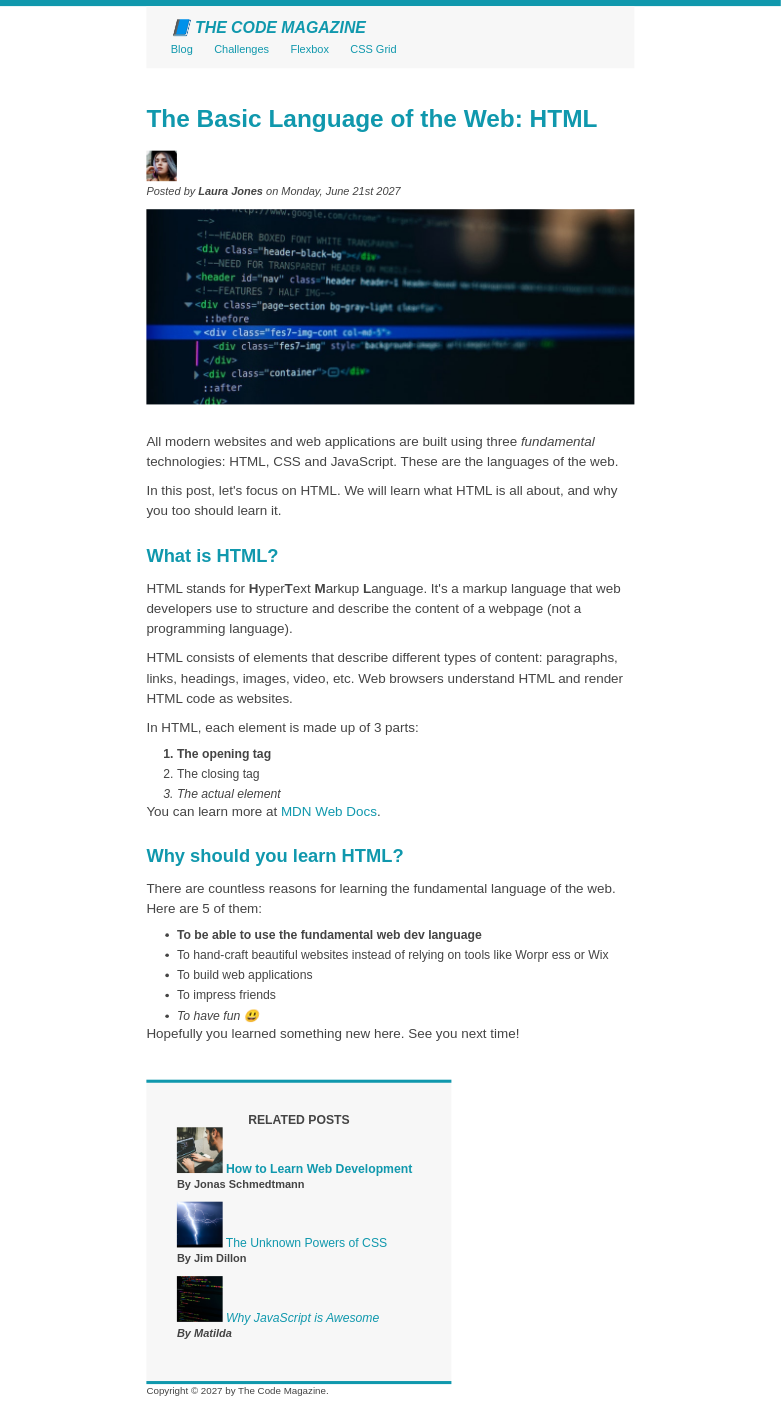
Repository: sunny070/CSS
Page: #1/index.html
These files come from the project's save history. The page is drawn as it stood at one moment and after the next save; the edit follows.
The browser window is 1280 px wide. The pictures show the whole page, at 61% of full size.

Above is the page before, as saved 2023-11-06 10:54:08.

### #1/index.html
<!DOCTYPE html>
<html lang="en">
  <head>
    <meta charset="UTF-8" />
    <title>The Basic Language of the Web: HTML</title>
    <link rel="stylesheet" href="style.css">
  </head>

  <body>
    <!--
    <h1>The Basic Language of the Web: HTML</h1>
    <h2>The Basic Language of the Web: HTML</h2>
    <h3>The Basic Language of the Web: HTML</h3>
    <h4>The Basic Language of the Web: HTML</h4>
    <h5>The Basic Language of the Web: HTML</h5>
    <h6>The Basic Language of the Web: HTML</h6>
    -->
<div class="container">
    <header class="main-header">
      <h1>📘 The Code Magazine</h1>

      <nav>
        <a href="blog.html">Blog</a>
        <a href="#">Challenges</a>
        <a href="#">Flexbox</a>
        <a href="#">CSS Grid</a>
      </nav>
    </header>

    <article>
      <!-- <p>Test</p> -->
      <header class="post-header">
        <h2>The Basic Language of the Web: HTML</h2>

        <img
          src="img/laura-jones.jpg"
          alt="Headshot of Laura Jones"
          height="50"
          width="50"

        />

        <p id="author">Posted by <strong>Laura Jones</strong> on Monday, June 21st 2027</p>

        <img
          src="img/post-img.jpg"
          alt="HTML code on a screen"
          width="500"
          height="200"
          class="post-img"
        />
      </header>

      <p>
        All modern websites and web applications are built using three
        <em>fundamental</em>
        technologies: HTML, CSS and JavaScript. These are the languages of the
        web.
      </p>

      <p>
        In this post, let's focus on HTML. We will learn what HTML is all about,
        and why you too should learn it.
      </p>

      <h3>What is HTML?</h3>
      <p>
        HTML stands for <strong>H</strong>yper<strong>T</strong>ext
        <strong>M</strong>arkup <strong>L</strong>anguage. It's a markup
        language that web developers use to structure and describe the content
        of a webpage (not a programming language).
      </p>
      <p>
        HTML consists of elements that describe different types of content:
        paragraphs, links, headings, images, video, etc. Web browsers understand
        HTML and render HTML code as websites.
      </p>
      <p>In HTML, each element is made up of 3 parts:</p>

      <ol>
        <li class="first-li">The opening tag</li>
        <li>The closing tag</li>
        <li>The actual element</li>
      </ol>

      <p>
        You can learn more at
        <a
          href="https://developer.mozilla.org/en-US/docs/Web/HTML"
          target="_blank"
          >MDN Web Docs</a
        >.
      </p>

      <h3>Why should you learn HTML?</h3>

      <p>
        There are countless reasons for learning the fundamental language of the
        web. Here are 5 of them:
      </p>

      <ul>
        <li class="first-li">To be able to use the fundamental web dev language</li>
        <li>
          To hand-craft beautiful websites instead of relying on tools like
          Worpr ess or Wix
        </li>
        <li>To build web applications</li>
        <li>To impress friends</li>
        <li>To have fun 😃</li>
      </ul>

      <p>Hopefully you learned something new here. See you next time!</p>
    </article>

    <aside>
      <h4>Related posts</h4>

      <ul class="related">
        <li>
          <img
            src="img/related-1.jpg"
            alt="Person programming"
            width="75"
            width="75"
          />
          <a href="#">How to Learn Web Development</a>
          <p class="related-author">By Jonas Schmedtmann</p>
        </li>
        <li>
          <img src="img/related-2.jpg" alt="Lightning" width="75" heigth="75" />
          <a href="#">The Unknown Powers of CSS</a>
          <p class="related-author">By Jim Dillon</p>
        </li>
        <li>
          <img
            src="img/related-3.jpg"
            alt="JavaScript code on a screen"
            width="75"
            height="75"
          />
          <a href="#">Why JavaScript is Awesome</a>
          <p class="related-author">By Matilda</p>
        </li>
      </ul>
    </aside>

    <footer> <p id="copyright" class="copyright text">Copyright &copy; 2027 by The Code Magazine.</p> </footer>
  </div>
  </body>
</html>

### #1/style.css
*{
    margin:0;
    padding:0;
    box-sizing: border-box;

}
/* PAGE SECTION */
body{
    /* color:red; */
    color:#444;
    font-family: sans-serif;
    border-top:10px solid #1098ad;

}
.container{
    width: 800px;
    /* margin-left: auto;
    margin-right: auto; */
    margin:0 auto;
}
.main-header{
    background-color:#f7f7f7 ;
    /* padding: 20px;
    padding-left: 40px;
    padding-right:40px; */
    padding:20px 40px;
    margin-bottom:60px;
    /* height:80px; */
}
nav {
    font-size: 18px;
    }

article{
    margin-bottom:60px;
}



.post-header{
    margin-bottom:40px;
}
aside{
    background-color:#f7f7f7;
    border-top: 5px solid #1098ad;
    border-bottom: 5px solid #1098ad;
    /* padding-top:50px;
    padding-bottom:50px; */
    padding: 50px 0;
    width:500px;

}
/* SMALLER ELEMENTS */
h1,h2,h3{
    color:#1098ad;
}

h1{

    font-size: 26px;

    text-transform: uppercase;
    font-style: italic;

}
h2{
    font-size: 40px;
    margin-bottom:30px;


}
h3{
    font-size: 30px;
    margin-bottom:20px;
    margin-top:40px;

}
h4{
    font-size:20px;
    font-family:sans-serif;
    text-transform: uppercase;
    text-align: center;
}
p{
    font-size: 22px;
    /* display:inline ; */
    line-height: 1.5;
    margin-bottom:15px;
}

ul,ol{
    margin-left:50px;
}
li{
    /* display:inline ; */
    font-size: 20px;
    margin-bottom:10px ;
}
li:last-child{
    margin-bottom: 0;
}
/* footer p{
    font-size:16px ;
} */

/* article header p{
    font-style: italic;
} */

#author{
    font-style: italic;
    font-size: 18px;
}
#copyright{
    font-size :16px;
}

.related-author{
    font-size:18px;
    font-weight:bold;
}
/* ul{
  list-style: none;
} */

.related{
    list-style: none;
}


/* .first-li{
    font-weight: bold;
} */
li:first-child{
    font-weight: bold;
}

li:last-child{
    font-style: italic;
}
li:nth-child(even){
    /* color:red; */
}

/* Misconception this won't work */
article p:first-child{
    color:red;
}

/* Style Links */
a:link{
    color:#1098ad;
    text-decoration: none;
}
a:visited{
    /* color:#777;
     */
     color: #1098ad;
}
a:hover{
    cursor: pointer;
    color:orange;
    font-weight: bold;
    text-decoration: underline orangered;
}
a:active{
    background-color:black;
    font-style: italic;
}
/* LVHA */

.post-img{
    width:100%;
    height: auto;
    margin: ;
}
nav a:link{
    /* background-color: orangered;
    margin: 20px;
    padding: 20px;
    display: block; */
    margin-right:30px ;
    margin-top:10px;
    display: inline-block;
}
nav a:link:last-child{
    margin-right: 0;
}

/* resolving conflicts */
/* #copyright{
    color:red;
}
.copyright{
    color:blue;
}
.text{
    color:yellow;
}

footer p{
    color: #000;
} */

After the next save:
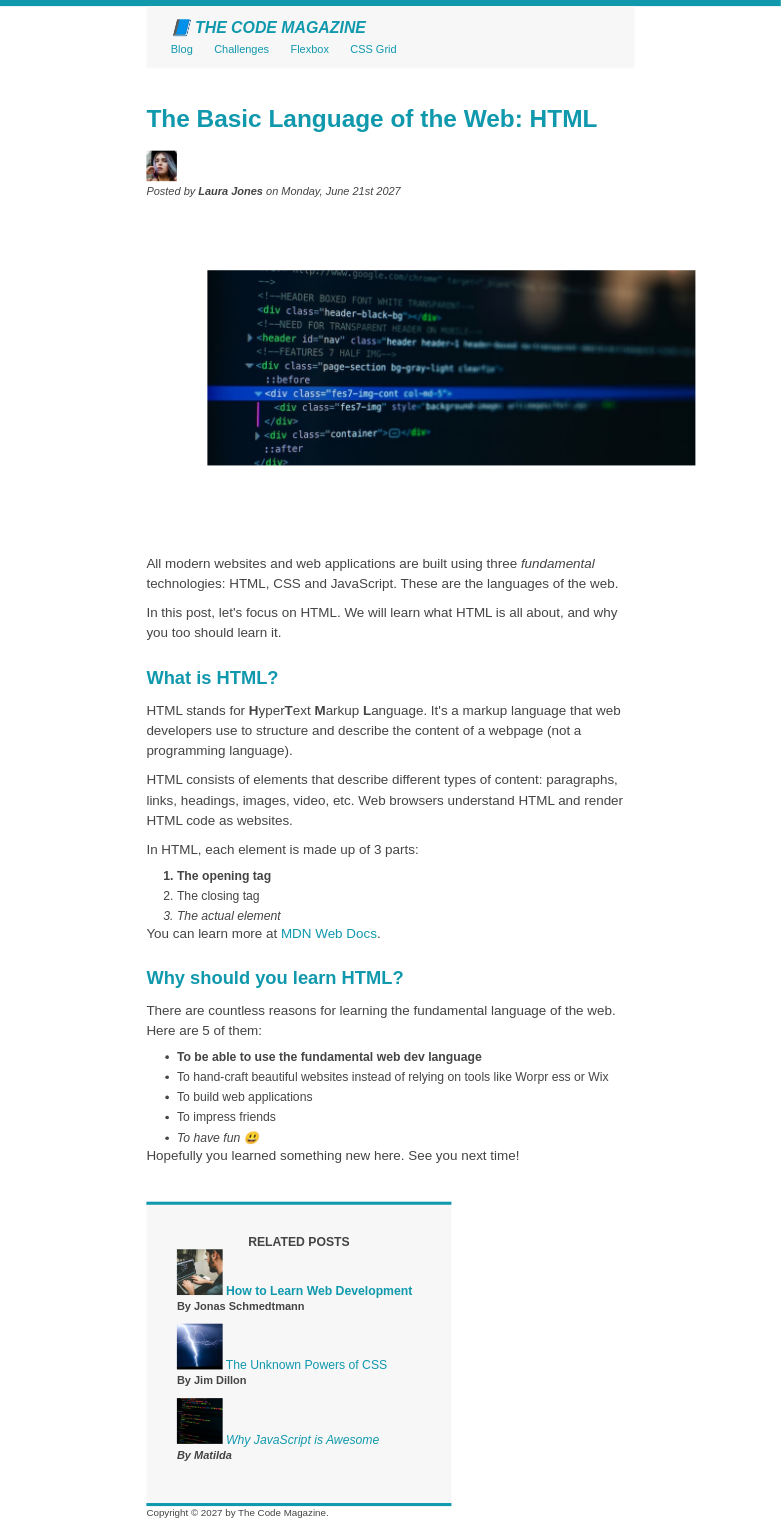
Saved 4 s later.
--- a/#1/style.css
+++ b/#1/style.css
@@ -172,7 +172,7 @@
 .post-img{
     width:100%;
     height: auto;
-    margin: ;
+    margin: 100px;
 }
 nav a:link{
     /* background-color: orangered;

After the save that followed:
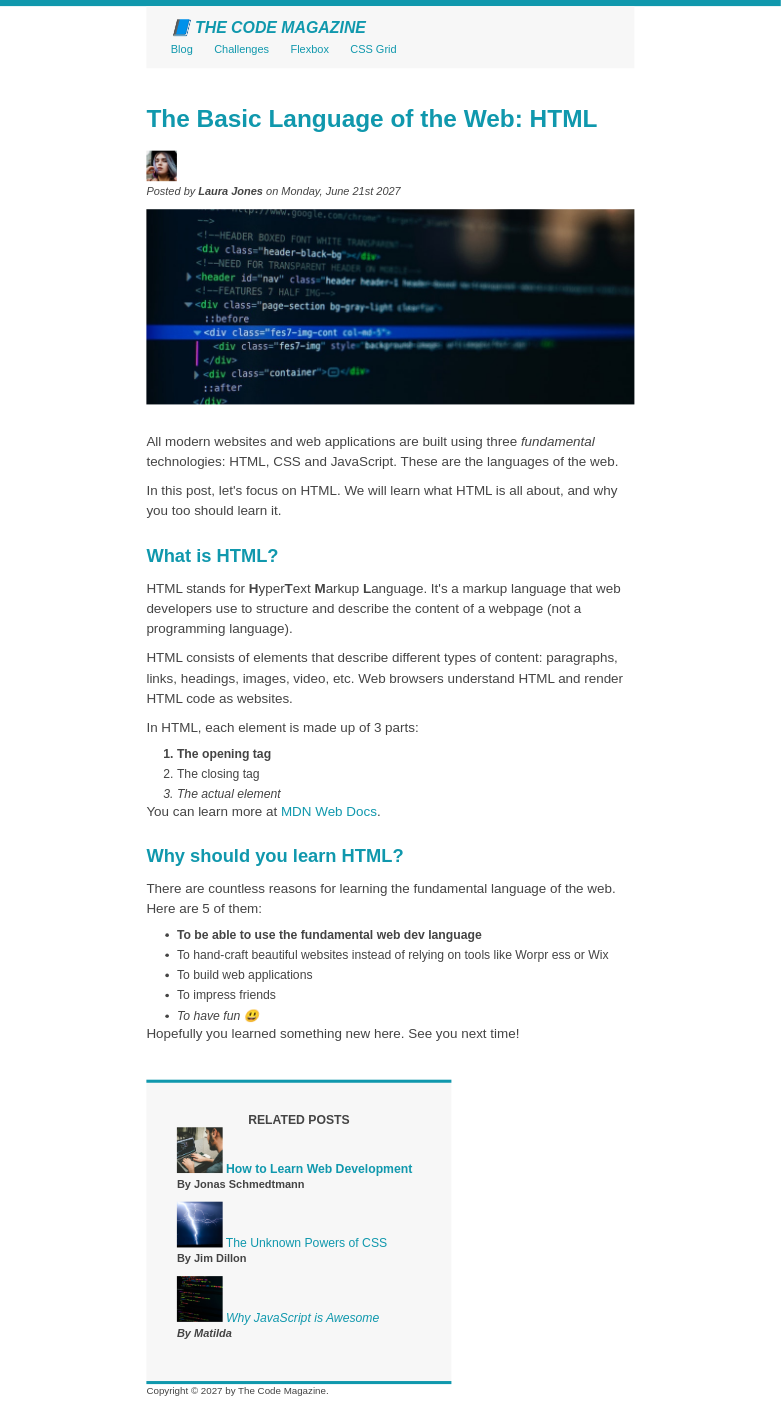
Saved 31 s later.
--- a/#1/style.css
+++ b/#1/style.css
@@ -172,7 +172,7 @@
 .post-img{
     width:100%;
     height: auto;
-    margin: 100px;
+    /* margin: 100px; */
 }
 nav a:link{
     /* background-color: orangered;
